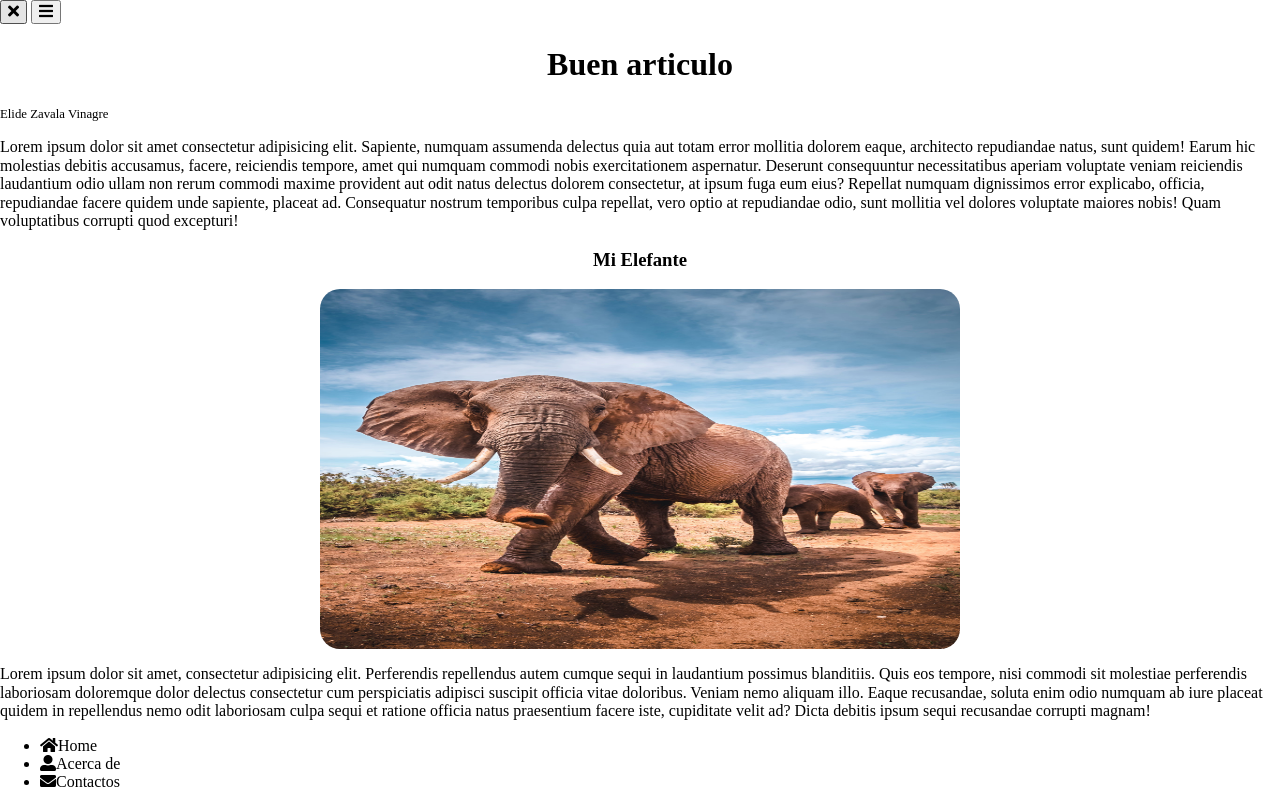
Repository: ElideZavala/Navagacion-en-rotacion
Page: index.html
These files come from the project's save history. The page is drawn as it stood at one moment and after the next save; the edit follows.
The browser window is 1280 px wide. The pictures show the whole page.

Above is the page before, as saved 2021-05-29 08:15:44.

After the next save:
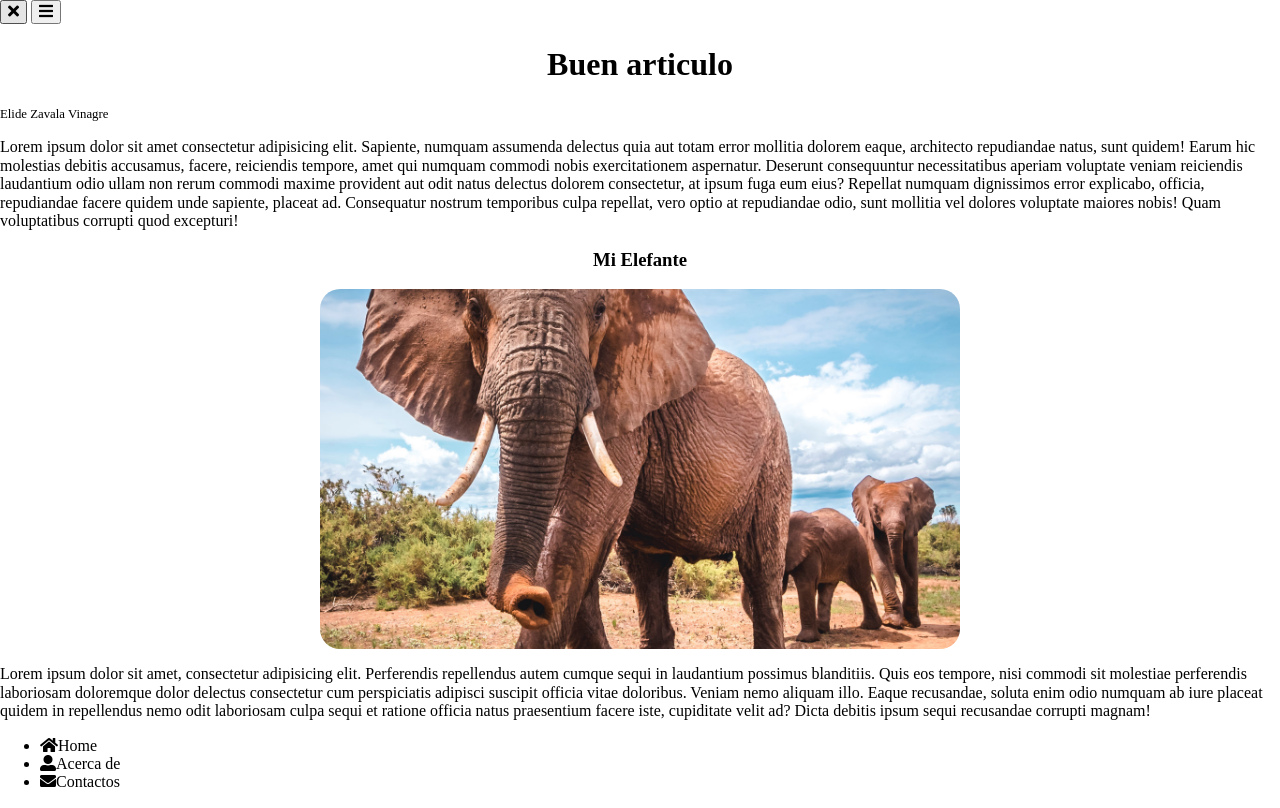
Saved 3 min 20 s later.
--- a/style.css
+++ b/style.css
@@ -12,4 +12,5 @@ body{
 	display: flex;
 	margin: auto;
 	border-radius: 20px;
+	object-fit: cover;
 }
